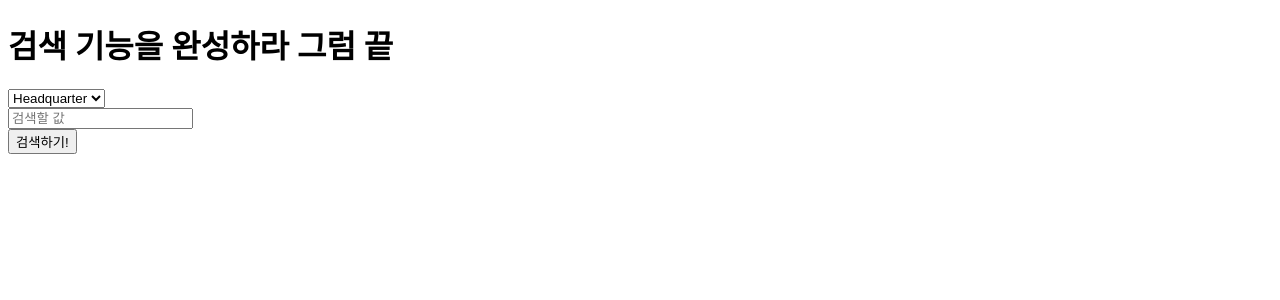
Repository: CISXO/JSP
Page: http://localhost/DB_Project/DB/Search.jsp
These files come from the project's save history. The page is drawn as it stood at one moment and after the next save; the edit follows.
The browser window is 1280 px wide. The pictures show the whole page.
The page is served by Tomcat 9.

Above is the page before, as saved 2022-12-22 00:15:40.

After the next save:
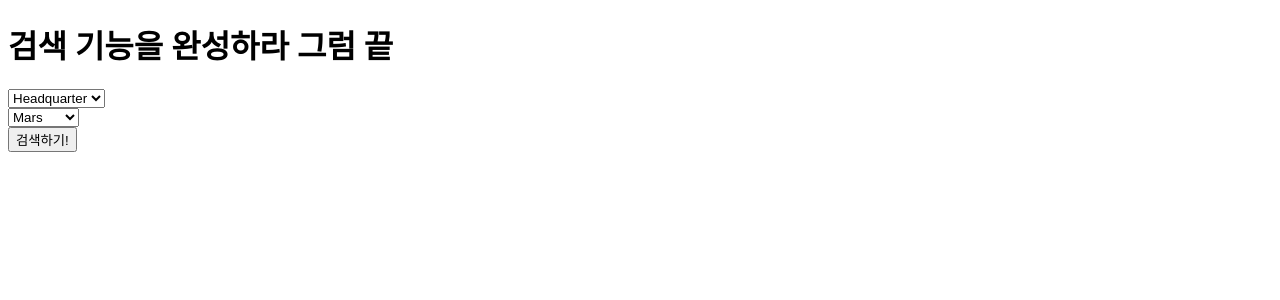
Saved 2 min 6 s later.
--- a/DbProject/DB_Project/src/main/webapp/DB/Search.jsp
+++ b/DbProject/DB_Project/src/main/webapp/DB/Search.jsp
@@ -21,7 +21,13 @@
         <option>connect</option>
       </select>
        <div class="row">
-        <input name="search" type="text" placeHolder="검색할 값">
+      <select name="search">
+        <option>Mars</option>
+        <option>Earth</option>
+        <option>Mercury</option>
+        <option>Venus</option>
+        <option>Saturn</option>
+      </select>
         <input name="checkcheck" type="hidden" placeHolder="검색할 값" value="2">
         </div>
       <button>검색하기!</button>
